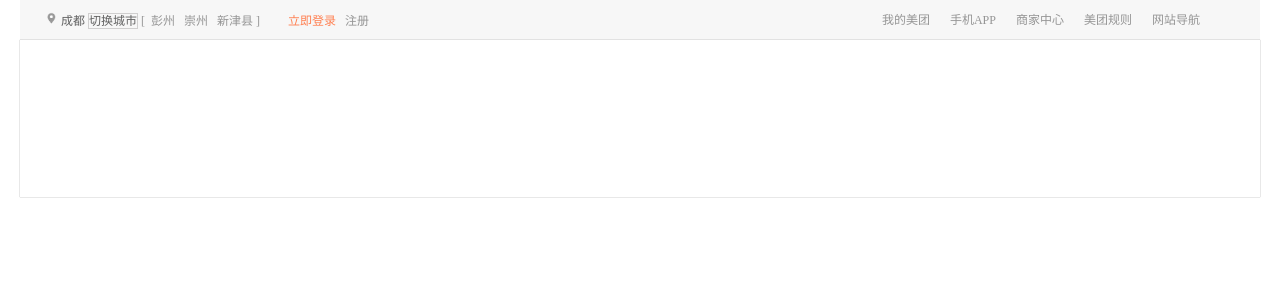
Repository: buddy-fallinlove/Meituan
Page: /
These files come from the project's save history. The page is drawn as it stood at one moment and after the next save; the edit follows.
The browser window is 1280 px wide. The pictures show the whole page.
The project was rebuilt for these pictures with package versions that can differ from the ones it lists, and the page was loaded fresh each time. Also part of the build but not shown: vue.config.js.

Above is the page before, as saved 2020-08-20 17:48:57.

After the next save:
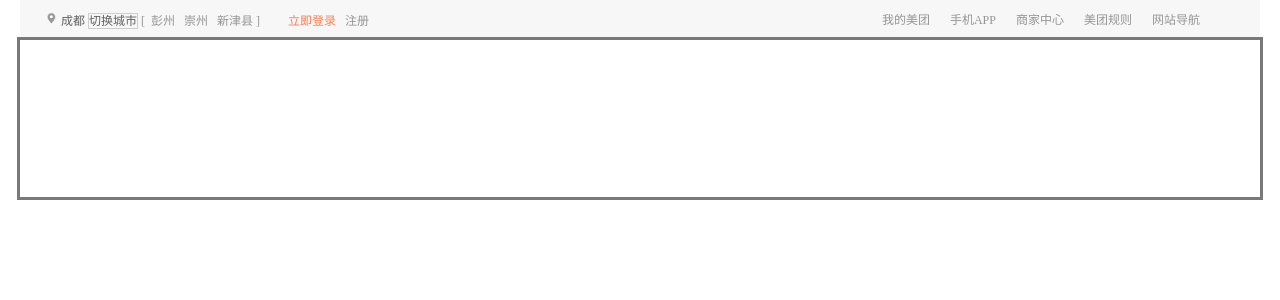
Saved 119 s later.
--- a/src/components/layout2/top.vue
+++ b/src/components/layout2/top.vue
@@ -48,6 +48,6 @@
   background-color: #ffffff;
   height: 157px;
   line-height: 157px;
-  box-shadow: 0 0 1px rgb(121, 121, 121);
+  box-shadow: 0 0 0 3px rgb(121, 121, 121);
 }
 </style>
